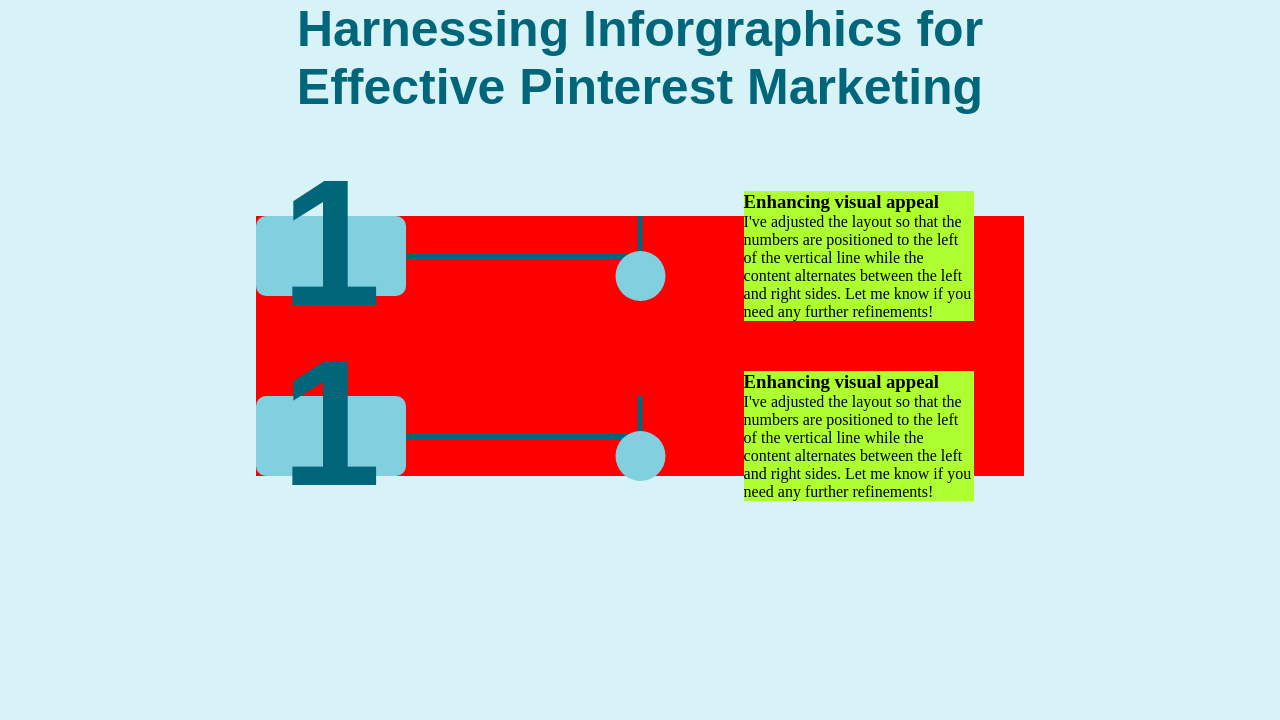
Repository: ayushrajput545/InforGraphic-page
Page: index.html
An editor plug-in stored every save of this project. The page is shown before and after a run of saves, followed by the edit.
The browser window is 1280 px wide. The pictures show the whole page.
Some web fonts or font styles are not loaded; a fallback is used.

Above is the page before, as saved 2025-04-01 22:59:09.

After the next 3 saves:
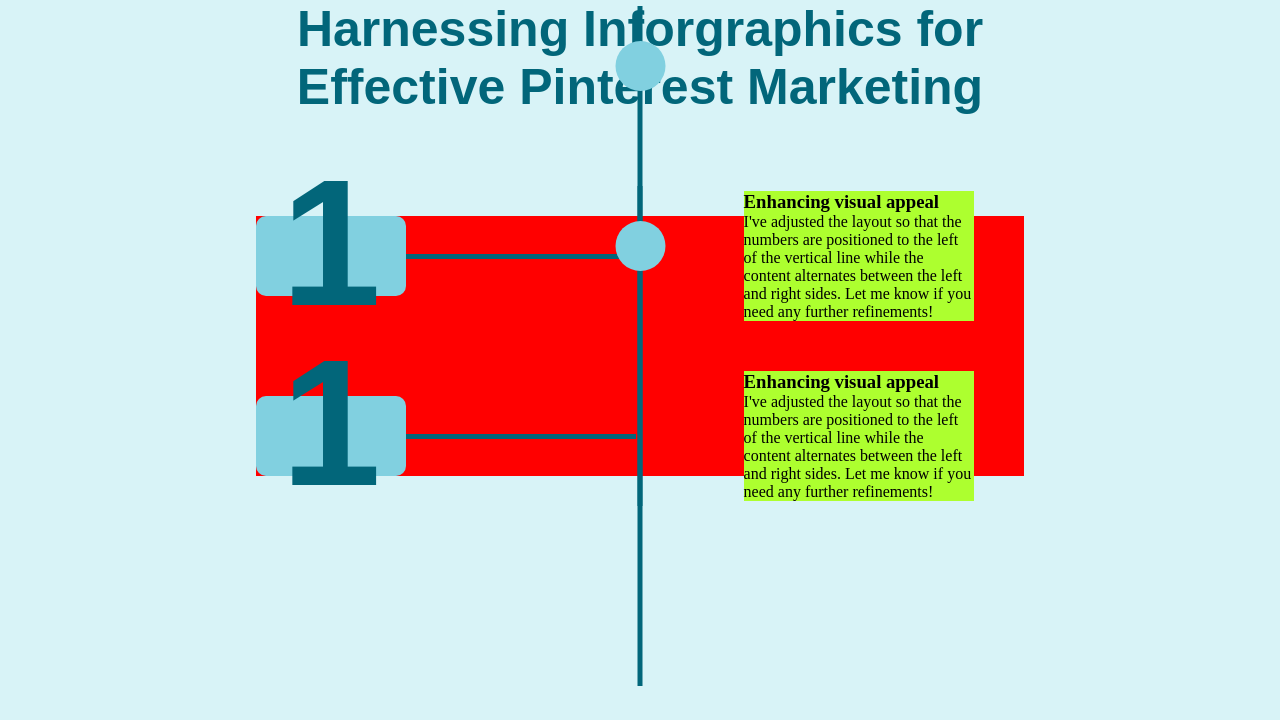
The 3 saves are shown as one change because they came seconds apart.
The last was saved 10 s later.
--- a/style.css
+++ b/style.css
@@ -76,7 +76,7 @@
 
 .line-vertical {
     width: 5px; /* Thickness of the line */
-    height: 100%; /* Adjust as needed */
+    height: 500px; /* Adjust as needed */
     background-color: #02667a;
     position: absolute;
     left: 50%; /* Centers the line */
